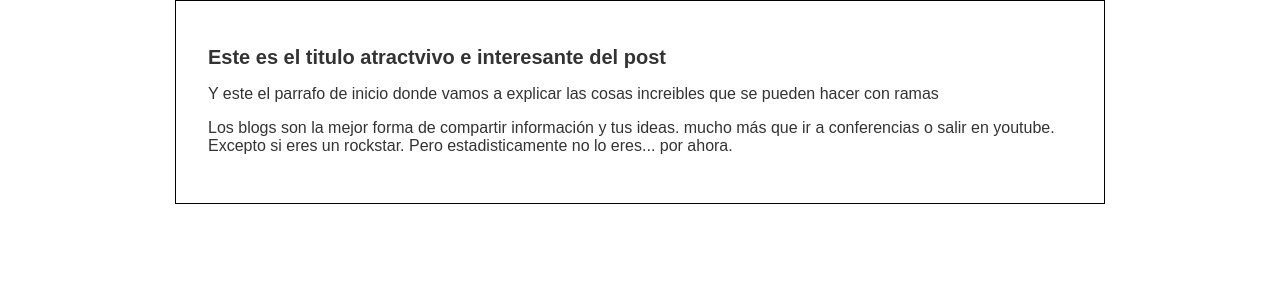
Repository: Areinomora/hiperblog
Page: blogpost.html
An editor plug-in stored every save of this project. The page is shown before and after the next save, followed by the edit.
The browser window is 1280 px wide. The pictures show the whole page.

Above is the page before, as saved 2022-12-22 14:59:51.

After the next save:
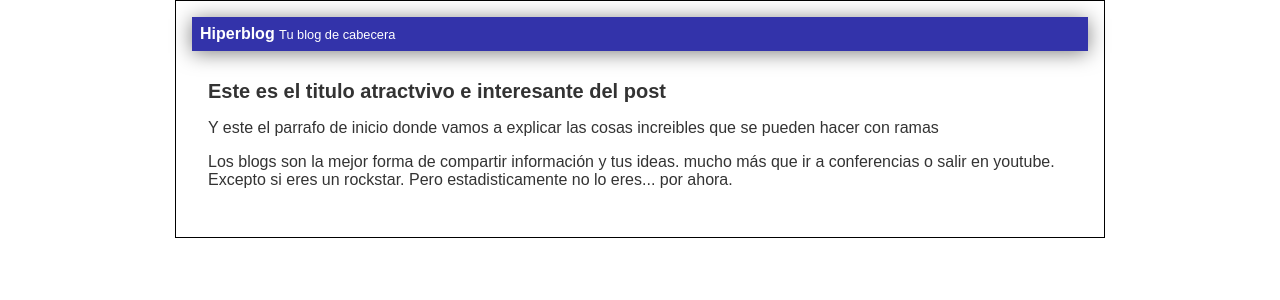
Saved 24 min 34 s later.
--- a/blogpost.html
+++ b/blogpost.html
@@ -9,6 +9,10 @@
     </head>
     <body>
         <div id="container">
+            <div id="cabecera">
+                Hiperblog
+                <span id="tagline"> Tu blog de cabecera</span>
+            </div>
             <div id="post">
                 <h1>Este es el titulo atractvivo e interesante del post</h1>
                 <p>Y este el parrafo de inicio donde vamos a explicar las cosas increibles
